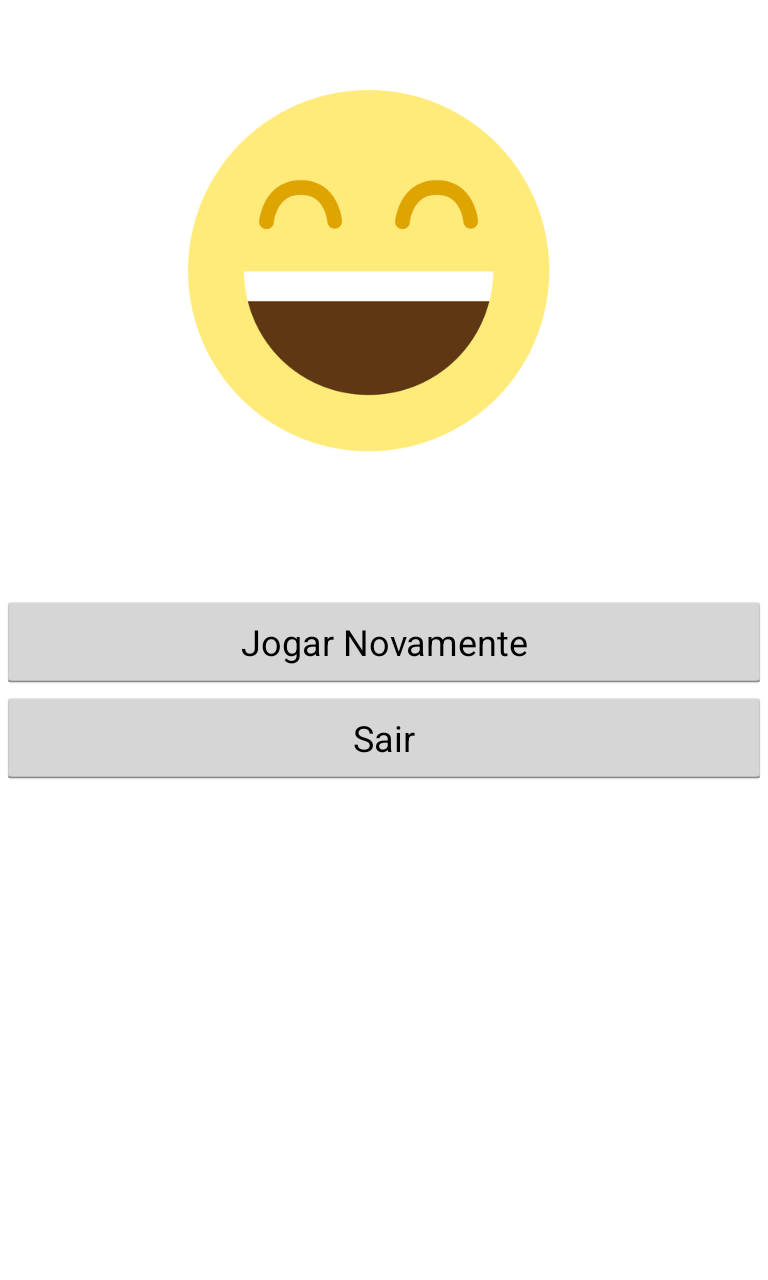
Repository: Rennanxp2/AndroidQuiz
Layout: Quiz Bandeiras Android/Quiz/res/layout/activity_desempenho.xml
These files come from the project's save history. The layout is drawn as it stood at one moment and after the next save; the edit follows.
It is drawn on a 768 x 1280 px phone screen (xhdpi) without system bars, with theme AppTheme; the app's code is not run.

Above is the layout before, as saved 2017-10-22 03:03:50.

### Quiz Bandeiras Android/Quiz/res/layout/activity_desempenho.xml
<LinearLayout xmlns:android="http://schemas.android.com/apk/res/android"
    xmlns:tools="http://schemas.android.com/tools"
    android:id="@+id/LinearLayout1"
    android:layout_width="match_parent"
    android:layout_height="match_parent"
    android:orientation="vertical"
    tools:context="${relativePackage}.${activityClass}" >

    <LinearLayout
        android:layout_width="match_parent"
        android:layout_height="wrap_content"
        android:orientation="vertical" >

        <ImageView
            android:id="@+id/imageView1"
            android:layout_width="wrap_content"
            android:layout_height="270dp"
            android:src="@drawable/muitobem" />
    </LinearLayout>

    <LinearLayout
        android:layout_width="match_parent"
        android:layout_height="wrap_content"
        android:orientation="vertical" >

        <TextView
            android:id="@+id/txtDesempenho"
            android:layout_width="wrap_content"
            android:layout_height="wrap_content"
            android:textSize="20sp"
            android:textStyle="bold" />
    </LinearLayout>

    <RelativeLayout
        android:layout_width="match_parent"
        android:layout_height="wrap_content"
        android:layout_weight="0.61" >

        <Button
            android:id="@+id/button1"
            android:layout_width="match_parent"
            android:layout_height="wrap_content"
            android:text="Jogar Novamente" />

        <Button
            android:id="@+id/button2"
            android:layout_width="match_parent"
            android:layout_height="wrap_content"
            android:layout_alignParentLeft="true"
            android:layout_below="@+id/button1"
            android:text="Sair" />

    </RelativeLayout>

</LinearLayout>

Loaded but not shown: Quiz Bandeiras Android/Quiz/res/values/styles.xml (common file); Quiz Bandeiras Android/Quiz/res/values-v11/styles.xml (common file); Quiz Bandeiras Android/Quiz/res/values-v14/styles.xml (common file)

After the next save:
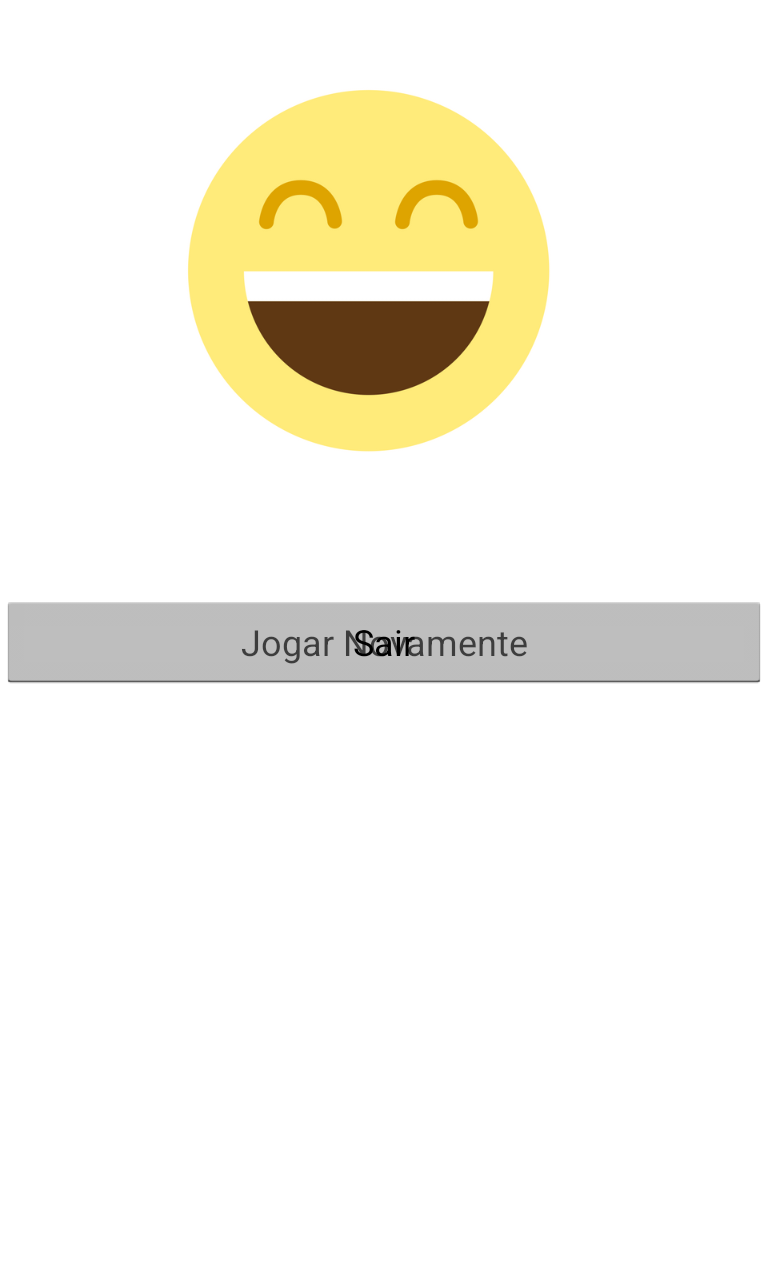
Saved 67 s later.
--- a/Quiz Bandeiras Android/Quiz/res/layout/activity_desempenho.xml
+++ b/Quiz Bandeiras Android/Quiz/res/layout/activity_desempenho.xml
@@ -37,10 +37,11 @@
         android:layout_weight="0.61" >
 
         <Button
-            android:id="@+id/button1"
+            android:id="@+id/btnJogarNovamente"
             android:layout_width="match_parent"
             android:layout_height="wrap_content"
-            android:text="Jogar Novamente" />
+            android:text="Jogar Novamente"
+            android:onClick="btnJogarNovamenteOnClick" />
 
         <Button
             android:id="@+id/button2"
@@ -48,7 +49,8 @@
             android:layout_height="wrap_content"
             android:layout_alignParentLeft="true"
             android:layout_below="@+id/button1"
-            android:text="Sair" />
+            android:text="Sair"
+            android:onClick="fechar" />
 
     </RelativeLayout>
 

After the 2 saves that followed:
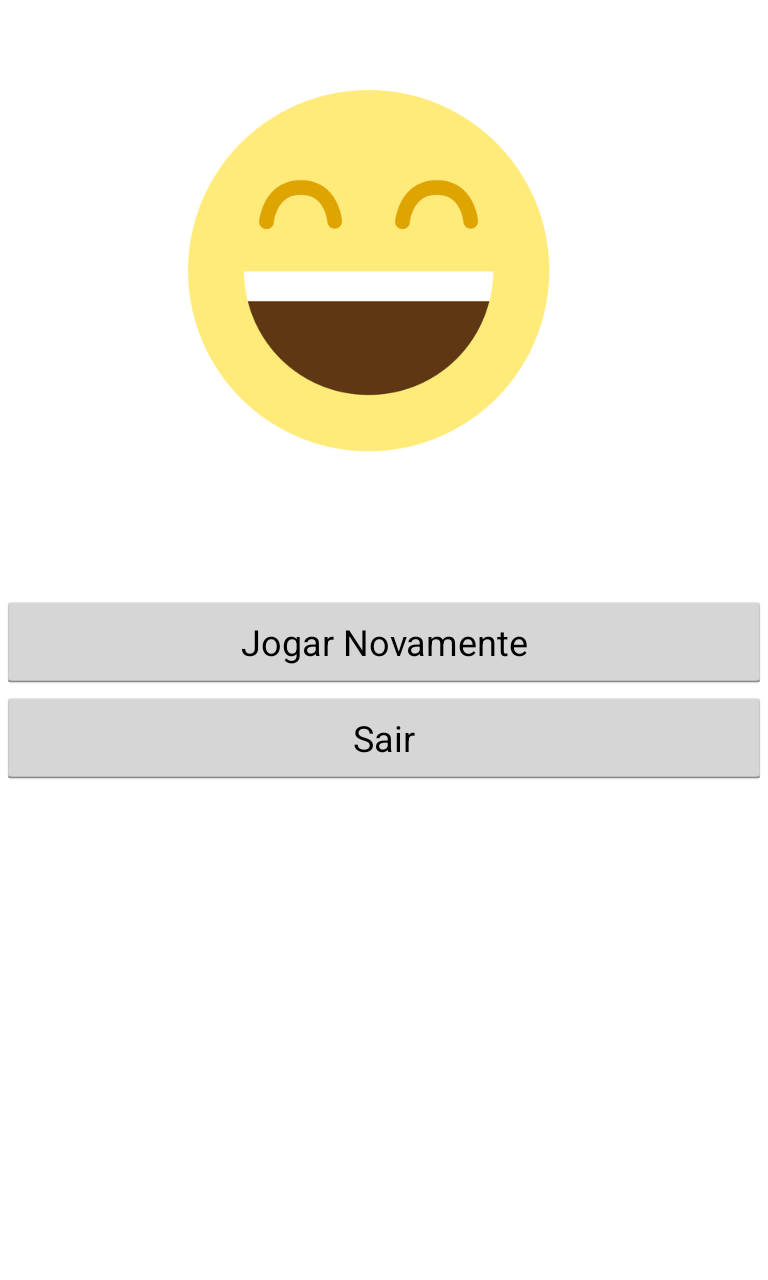
The 2 saves are shown as one change because 1 left the picture as it was.
The last was saved 35 s later.
--- a/Quiz Bandeiras Android/Quiz/res/layout/activity_desempenho.xml
+++ b/Quiz Bandeiras Android/Quiz/res/layout/activity_desempenho.xml
@@ -44,13 +44,13 @@
             android:onClick="btnJogarNovamenteOnClick" />
 
         <Button
-            android:id="@+id/button2"
+            android:id="@+id/btnSair"
             android:layout_width="match_parent"
             android:layout_height="wrap_content"
             android:layout_alignParentLeft="true"
-            android:layout_below="@+id/button1"
-            android:text="Sair"
-            android:onClick="fechar" />
+            android:layout_below="@+id/btnJogarNovamente"
+            android:onClick="fechar"
+            android:text="Sair" />
 
     </RelativeLayout>
 
